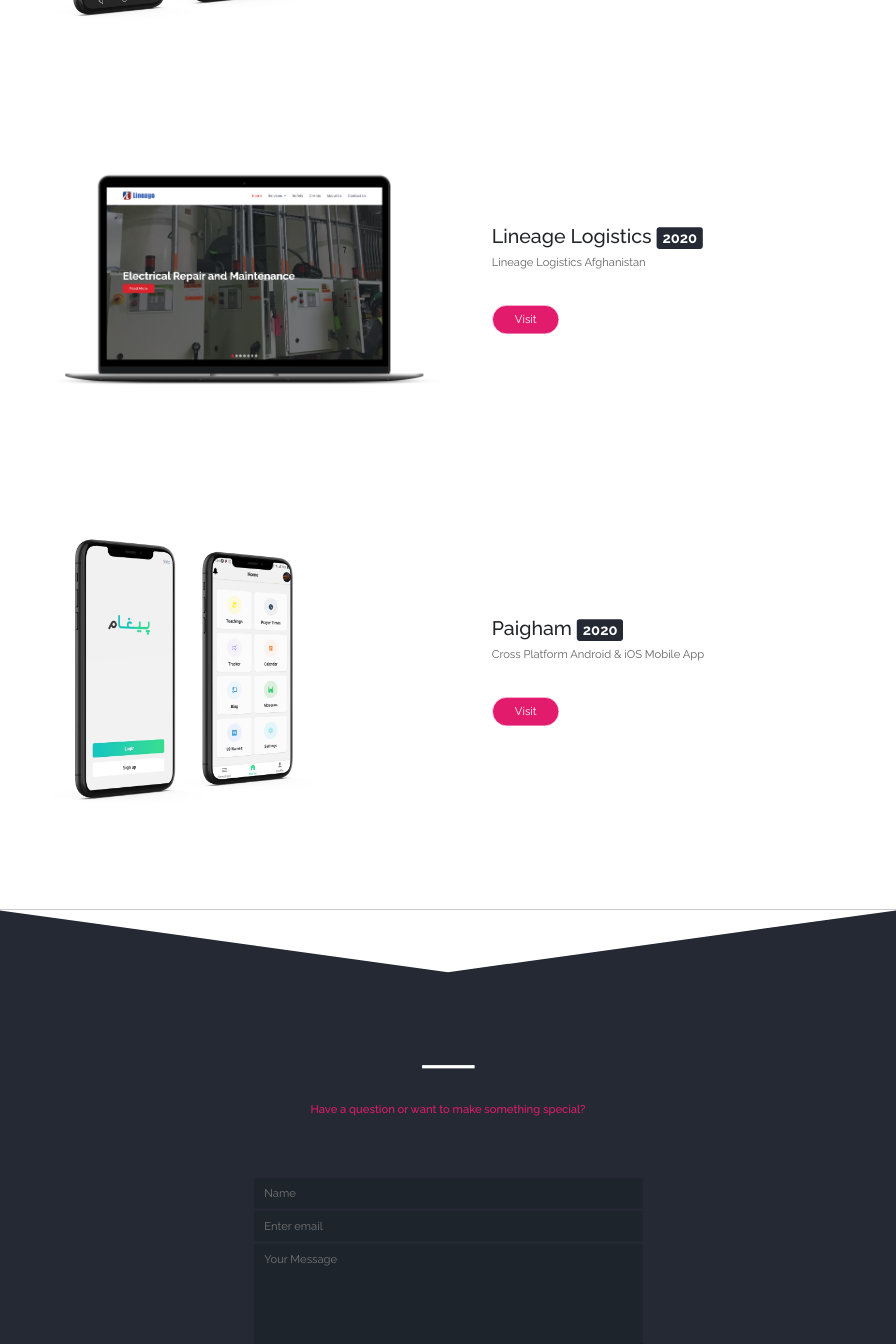
Repository: wasiqkhan/wasiqkhan.github.io
Page: index.html
The author's editor kept a copy of each file at every save. The page is drawn from the files as they stood at one save, then again after the next save.
The browser window is 1280 px wide. The pictures show the part of the page from y = 2661 to 4581 px (the page is 5082 px tall before and 5106 px after), at 70% of full size.
Some web fonts or font styles are not loaded; a fallback is used.

Above is the page before, as saved 2020-12-03 01:50:18.
Not found: js/all.js
Not found: js/app.js
Not found: js/particles.js

### index.html
<!DOCTYPE html>
<html lang="en">
  <!-- Start of Async Drift Code -->
<script>
  "use strict";!function(){var r=window.driftt=window.drift=window.driftt||[];if(!r.init){if(r.invoked)return window.console&&console.error&&console.error("Drift snippet included twice.");r.invoked=!0,r.methods=["identify","config","track","reset","debug","show","ping","page","hide","off","on"],r.factory=function(e){return function(){var t=Array.prototype.slice.call(arguments);return t.unshift(e),r.push(t),r}},r.methods.forEach(function(t){r[t]=r.factory(t)}),r.load=function(t){var e=3e5*Math.ceil(new Date/3e5),r=document.createElement("script");r.type="text/javascript",r.async=!0,r.crossorigin="anonymous",r.src="https://js.driftt.com/include/"+e+"/"+t+".js";var n=document.getElementsByTagName("script")[0];n.parentNode.insertBefore(r,n)}}}(),drift.SNIPPET_VERSION="0.3.1",drift.load("8faar6gaz2cs");
  </script>
  <!-- End of Async Drift Code -->
  <head>
    <meta charset="UTF-8" />
    <meta name="viewport" content="width=device-width, initial-scale=1.0" />
    <meta http-equiv="X-UA-Compatible" content="ie=edge" />
    <meta content="Wasiq Ahmadzai Web and Mobile App Developer" name="descriptison" />
    <meta content="MERN Reactjs ReactNative Nodejs JavaScript" name="keywords" />
    <meta property="og:title" content="Mohammad Wasiq | Portfolio" />
    <meta
      property="og:description"
      content="Web and Mobile App Developer"
    />
    <meta
      property="og:image"
      content="./img/link.PNG"
    />
    <meta property="og:url" content="https://wasiqkhan.github.io/" />
    <meta name="twitter:card" content="summary_large_image">
    <meta name="twitter:site" content="https://wasiqkhan.github.io/">
    <meta name="twitter:title" content="Mohammad Wasiq | Web & Mobile App Developer" />
    <meta name="twitter:description" content="Mohammad Wasiq is a Web and Mobile App Developer with experience in MERN Stack React Native"/>
    <meta name="twitter:creator" content="Mohammad Wasiq">

    <meta
      name="twitter:image"
      content="https://github.com/wasiqkhan/wasiqkhan.github.io/blob/master/img/link.PNG"
    />

    <link href="https://fonts.googleapis.com/css?family=Raleway:400,500,600,700,800&display=swap" rel="stylesheet">
    <link href="https://fonts.googleapis.com/icon?family=Material+Icons" rel="stylesheet">
    <link
    href="./css/materialdesignicons.min.css"
    media="all"
    rel="stylesheet"
  />
    <link type="text/css" rel="stylesheet" href="./css/style.css" />
    <link type="text/css" rel="stylesheet" href="./css/bootstrap.min.css" />

    <link type="text/css" rel="stylesheet" href="./css/lightbox.css" />
    <link rel="stylesheet" href="./css/line-awesome.css">


    <link rel="shortcut icon" href="./icon.png">

    <link
      type="text/css"
      rel="stylesheet"
      media="screen and (max-width:768px)"
      href="./css/mobile.css"
    />
    <link
      type="text/css"
      rel="stylesheet"
      media="screen and (min-width:769px) and (max-width:992px)"
      href="./css/widescreen.css"
    />
    <link
      type="text/css"
      rel="stylesheet"
      media="screen and (min-width:993px) and (max-width:1199px)"
      href="./css/ipadpro.css"
    />

    <title>Mohammad Wasiq | Web & Mobile Developler</title>
  </head>

  <body id="home" >
      <!-- <div id="particles-js">

      </div> -->
    <!-- Navbar -->
    <nav class="navigation">
      <button
        type="button"
        data-toggle="collapse"
        data-target="#myNav"
        class="navbar-toggler hamburger-menu"
      >
        <div class="line1"></div>
        <div class="line2"></div>
        <div class="line3"></div>
      </button>
      <div class="bg-cover"></div>
      <div class="collapse nav-content" id="myNav">
        <div class="container-fluid">
          <div class="row">
            <div class="col-10 max-auto">
              <ul class="navbar-nav flex-lg-row flex-column nav-justified">
                <li class="nav-item">
                  <a class="nav-link m-3 link-item" href="#home">Home</a>
                </li>
                <li class="nav-item">
                  <a class="nav-link m-3 link-item" href="#about">About</a>
                </li>
                <li class="nav-item">
                  <a class="nav-link m-3 link-item" href="#service">Services</a>

                </li>
                <li class="nav-item">
                    <a class="nav-link m-3 link-item" href="#portfolio">Portfolio</a>
                  </li>

                <li class="nav-item">
                  <a class="nav-link m-3 link-item" href="#contact">Contact</a>
                </li>
              </ul>
            </div>
          </div>
        </div>
      </div>
    </nav>

    <header id="showcase">



      <div class="showcase-content">
          <h1 class="heading"><span style="color: #E31B6D">Wasiq Ahmadzai</span>.<br>Web & Mobile App Developer.</h1>

          <a href="#about" class="btnn">Read more</a>
        </div>
    </header>

    <section id="about" class="primary about">
        <h2 class="text-center m-heading">About Me</h2>
        <div class="line"></div>
      <div class="container new">
        <div class="card cardnew">

          <img src="./img/dev.PNG" class="card-img-top cut" style="margin: auto">
          <div class="card-body">
              <img src="./img/5a159554b6a61a2ba5ccdb57.PNG" class="my-img" />
              <div class="card-title">
                <h3 class="text-center">Wasiq Ahmadzai</h3>
              </div>
              <div class="card-subtitle text-center">
                <p style="color:#E31B6D"></span> Freelance <span style="color: #616161">|</span> Kabul, AFG</p>
              </div>
              <div class="links">
                  <a href="http://www.facebook.com/ahmadzai.khan.54" target="_blank"><i class="fab fa-facebook fa-2x"></i></a>
                  <a href="https://github.com/wasiqkhan" target="_blank"><i class="fab fa-github fa-2x"></i></a>

                  <a href="https://www.linkedin.com/in/mohammad-wasiq-ahmadzai-5439371b0/" target="_blank"><i class="fab fa-linkedin fa-2x"></i></a>
                </div>
          </div>
        </div>
        <div class="items">



          <div>

          <p class="info-p lead">Hi, I am a Web and Mobile App Developer with experience in MERN Stack (MongoDB, Expressjs, Reactjs, Nodejs), React Native, Firebase, MySQL. I have serious passion for amazing & responsive mobile and web apps.</p>

        </div>
        <h4 style="text-align:left">Fun Facts</h4>


         <div class="service-items flex-wrap" style="padding: 0 0">
            <div class="item fun-facts" style="margin-right: 10px ;background: #252934">
              <div>
                <i class="fas fa-coffee fa-2x mb-3" style="color:#E31B6D"></i>
                <h6 class="text-center" style="color: white">100+ Cups of Coffee</h6>

              </div>
            </div>

            <div class="item fun-facts" style="margin-right: 10px ;background: #252934">
              <div>
                  <i class="fas fa-book fa-2x mb-3" style="color:#E31B6D"></i>
                <h6 class="text-center" style="color: white">10+ Books</h6>

              </div>

            </div>

            <div class="item fun-facts" style="margin-right: 10px ;background: #252934">
              <div>
                  <i class="fas fa-bicycle fa-2x mb-3" style="color:#E31B6D"></i>
                <h6 class="text-center" style="color: white">1200km Cycled</h6>

              </div>

            </div>
            <div class="item fun-facts" style="margin-right: 10px;background: #252934">
                <div>
                    <i class="fas fa-award fa-2x mb-3" style="color:#E31B6D"></i>
                  <h6 class="text-center" style="color: white">10 Awards Won</h6>

                </div>

              </div>

          </div>



<div>
          <a href="#contact" class="hire-me">Hire Me</a>
        </div>

      </div>


          </div>

    </section>
    <section id="service" class="primary service">
      <div class="container">
        <h2 class="text-center m-heading">Services</h2>
        <div class="line"></div>

        <div class="service-items rotate fun-facts">
          <div class="item">
            <div>
              <i class="fas fa-desktop fa-6x textt mb-3"></i>
              <h3 class="text-center">Web Development</h3>
              <p class="text-center">
                Fully responsive full stack website development
              </p>
            </div>
          </div>

          <div class="item">
            <div>
                <i class="fas fa-mobile-alt fa-6x textt textt2 mb-3"></i>
              <h3 class="text-center">Mobile Apps</h3>
              <p class="text-center">
                Fast and Professional app development using latest technologies
              </p>
            </div>

          </div>

          <div class="item">
            <div>
                <i class="fas fa-rocket fa-6x  textt mb-3"></i>
              <h3 class="text-center">Launch</h3>
              <p class="text-center">
                Deployment and Maintainance

              </p>
            </div>

          </div>
        </div>
      </div>
    </section>
    <section id="portfolio" class="portfolio">
      <div class="container">
        <h2 class="text-center m-heading">Portfolio</h2>
        <div class="line"></div>

        <div class="portfolio-items row align-items-center h-100 text-center text-lg-left" style="margin-top: 120px;">
          <div class="col-lg-6 p-lg-0">
            <img src="./img/walletapp.png" height="350" >

          </div>
          <div class="col-lg-5 mx-auto py-3">
            <h3 class="h3">My Wallet
              <span class="badge badge-sm">2017</span>
            </h3>
            <p class="mb-3" style="color: #616161;">An android app that keeps track of your money, daily transactions, and expenses
            </p>
            <a href="https://bit.ly/3iEEP3P" class="visit" target="_blank">Visit</a>

          </div>

        </div>

        <div class="portfolio-items row align-items-center h-100 text-center text-lg-left " style="margin-top: 220px;">
          <div class="col-lg-6 p-lg-0 mg-4">
            <img src="./img/lineageweb.png" height="300"  >

          </div>
          <div class="col-lg-5 mx-auto py-3">
            <h3 class="h3 bold">Lineage Logistics
              <span class="badge badge-sm">2020</span>
            </h3>
            <p class="mb-3" style="color: #616161;">
              Lineage Logistics Afghanistan
            </p>
            <a href="https://lineage.com.af/" class="visit" target="_blank">Visit</a>

          </div>

        </div>

        <div class="portfolio-items row align-items-center h-100 text-center text-lg-left" style="margin-top: 220px;">
          <div class="col-lg-6 p-lg-0">
            <img src="./img/paigham.png" height="380"  >

          </div>
          <div class="col-lg-5 mx-auto py-3">
            <h3 class="h3">Paigham
              <span class="badge badge-sm">2020</span>
            </h3>
            <p class="mb-3" style="color: #616161;">
              Cross Platform Android & iOS Mobile App
            </p>
            <a href="https://wasiqkhan.github.io/paigham.github.io/" class="visit" target="_blank">Visit</a>

          </div>

        </div>
      </div>
    </section>


    <section id="contact" class="contact">
      <svg preserveAspectRatio="none" viewBox="0 0 100 102" height="90" width="100%" version="1.1"
      xmlns="http://www.w3.org/2000/svg" class="svgcolor-light">

     <path d="M0 0 L50 100 L100 0 Z" fill="white" stroke="white"/>

    </svg>
      <div class="container-fluid">
        <h2 class="text-center m-heading" style="color: #fff">Contact</h2>
        <div class="line"></div>
        <div class="container">
          <h6 class="text-center py-5" style="color: #E31B6D">Have a question or want to make something special?</h6>


                <form
                class="waypoint"
                data-animation="pop-in"
                data-delay=".5s"
                id="contact-form"
              >
                <input placeholder="Name" type="text" name="name" required />
                <input
                  placeholder="Enter email"
                  type="email"
                  name="email"
                  required
                />
                <textarea
                  placeholder="Your Message"
                  type="text"
                  name="message"
                  required
                ></textarea>
                <div id="success">
                  <div>
                    Your message was sent successfully. Thanks!<span
                      id="close"
                      class="mdi mdi-close"
                    ></span>
                  </div>
                </div>
                <input class="button" type="submit" id="submit" value="SUBMIT" />
              </form>



        </div>
    </section>
    <footer id="footer">
      <div class="container">
        <div class="row">
          <div class="col text-center">
            <div class="mb-2">
              <a href="http://www.facebook.com/ahmadzai.khan.54" target="_blank" class="mx-sm-4 mx-2 social"
                ><i class="fab fa-facebook fa-2x"></i
              ></a>
              <a href="https://github.com/wasiqkhan" target="_blank" class="mx-sm-4 mx-2 social"
                ><i class="fab fa-github fa-2x"></i
              ></a>
              <a href="https://www.linkedin.com/in/mohammad-wasiq-ahmadzai-5439371b0/" target="_blank" class="mx-sm-4 mx-2 social"
                ><i class="fab fa-linkedin fa-2x"></i
              ></a>
             -->
            </div>

          </div>
        </div>
        <div class="container-fluid p-3">
            <div class="row">
              <div class="col mb-4">
                <ul class="nav justify-content-center footer-items">
                  <li class="nav-item">
                    <a href="#home" class="nav-link">Home</a>
                  </li>
                  <li class="nav-item">
                    <a href="#about" class="nav-link">About</a>
                  </li>
                  <li class="nav-item">
                    <a href="#service" class="nav-link">Services</a>
                  </li>
                  <li class="nav-item">
                      <a href="#portfolio" class="nav-link">Portfolio</a>
                    </li>

                  <li class="nav-item">
                    <a href="#contact" class="nav-link">Contact</a>
                  </li>

                </ul>
              </div>
            </div>
            <div class="row">
              <div class="col text-light text-center">
                <p>Wasiq Ahmadzai <span style="color: #E31B6D">&copy;2019</span></p>
              </div>
            </div>

      </div>
    </footer>
    <script src="./js/particles.js"></script>
    <script src="./js/app.js"></script>
    <script src="./js/jquery-3.4.1.min.js"></script>
    <script src="./js/popper.js"></script>
    <script src="./js/bootstrap.min.js"></script>
    <script src="./js/script.js"></script>
    <script src="./js/lightbox.js"></script>
    <script src="./js/all.js"></script>
  </body>
</html>

### css/mobile.css
@media (max-width: 500px) {
  #navbar {
    flex-direction: column;
    align-items: center;
  }
  .my-img {
    width: 40%;
    margin-left: 90px;
    margin-top: -100px;
  }
  .showcase-content h1 {
    font-size: 15pt;
  }
  #contact h6 {
    font-size: 9pt;
  }

  .info-p {
    margin-top: -150px;
  }

  .hire-me {
    margin-top: 40px;
  }
  .textt {
    margin-left: 70px;
  }
  .textt2 {
    margin-left: 95px;
  }
  .name {
    text-align: left;
    margin-top: 15px;
    margin-left: -30px;
  }
}

@media (min-width: 501px) and (max-width: 768px) {
  .my-img {
    margin-left: 240px;
  }
}

.info-p {
  margin-top: -100px;
}
.hire-me {
  margin-top: 30px;
}
.items {
  margin: 5rem 2rem;
  display: flex;
  flex-direction: column;
  align-items: center;
  justify-content: center;

  text-align: center;
  /* position: relative; */
  flex-wrap: wrap;
}

.items div {
  flex: 1;
}
.portfolio-items h3 {
  margin-top: 50px;
}

.portfolio-items img {
  width: 100%;
  height: auto;
  text-align: center;
  margin: auto;
}
#portfolio .portfolio-items .item {
  display: flex;
  text-align: left;
}
.service-items {
  display: block;
  padding: 1rem;
}
#service .service-items .item {
  display: flex;
  text-align: left;
}
.new {
  display: flex;
  flex-direction: column;
}

#navbar .l-heading {
  margin-bottom: 0.5rem;
  text-align: center;
}

#about .line,
#service .line,
#contact .line {
  width: 20%;
  background: #444649;
  height: 5px;
  margin: auto;
}

#contact .line {
  background: #fff;
}
#projects .line {
  width: 20%;
  background: #444649;
  height: 5px;
  margin-bottom: 50px;
  margin-top: -35px;
}
.contact-content {
  display: flex;
  flex-direction: column;
  justify-content: center;
  align-items: center;
  text-align: center;
  padding: 1rem;
}

.items p {
  text-align: justify;
}
section:nth-of-type(4) input[type="text"],
section:nth-of-type(4) input[type="email"],
section:nth-of-type(4) textarea {
  width: 100%;
}
section:nth-of-type(4) #success {
  width: 100%;
  margin: auto;
}

### css/widescreen.css
/* @media (min-width: 769px) and (max-width: 991px) { */
.new {
  display: flex;
  flex-direction: column;
}

.info-p {
  margin-top: -100px;
}
.hire-me {
  margin-top: 30px;
}
.items {
  margin: 5rem 2rem;
  display: flex;
  flex-direction: column;
  align-items: center;
  justify-content: center;

  text-align: center;
  /* position: relative; */
  flex-wrap: wrap;
}

.items div {
  flex: 1;
}
.my-img {
  margin-left: 240px;
}
/* } */

### css/ipadpro.css
.my-img {
  margin-left: 130px;
}

Loaded but not shown: css/materialdesignicons.min.css (library); css/bootstrap.min.css (library); css/lightbox.css (library); js/jquery-3.4.1.min.js (library); js/popper.js (library); js/bootstrap.min.js (library); js/lightbox.js (library); js/script.js (138 lines, source omitted); css/line-awesome.css (6582 lines, source omitted); css/style.css (537 lines, source omitted)

After the next save:
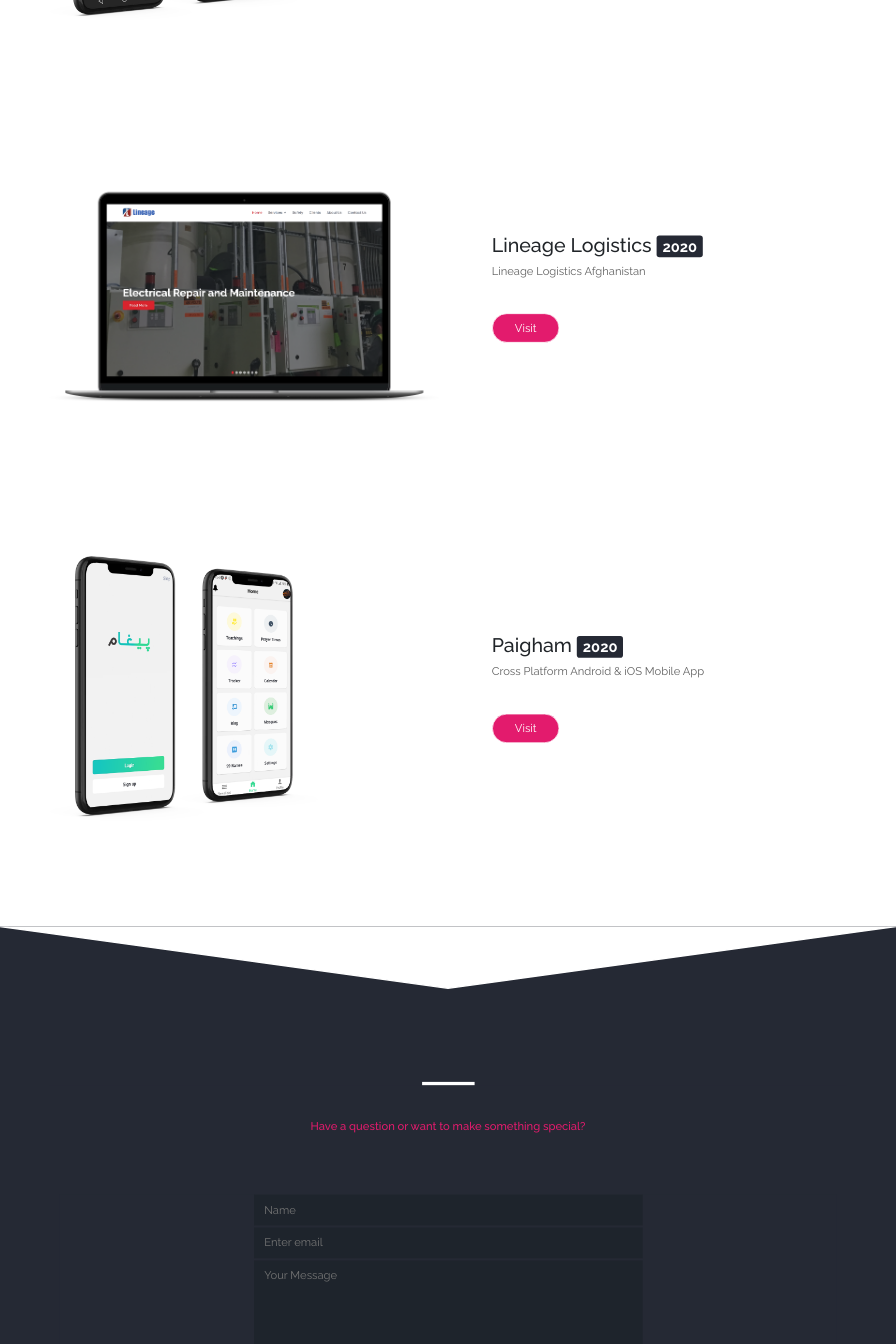
Saved 6 s later.
--- a/index.html
+++ b/index.html
@@ -275,7 +275,7 @@
         </div>
 
         <div class="portfolio-items row align-items-center h-100 text-center text-lg-left " style="margin-top: 220px;">
-          <div class="col-lg-6 p-lg-0 mg-4">
+          <div class="col-lg-6 p-lg-0 mt-4">
             <img src="./img/lineageweb.png" height="300"  >
 
           </div>

After the save that followed:
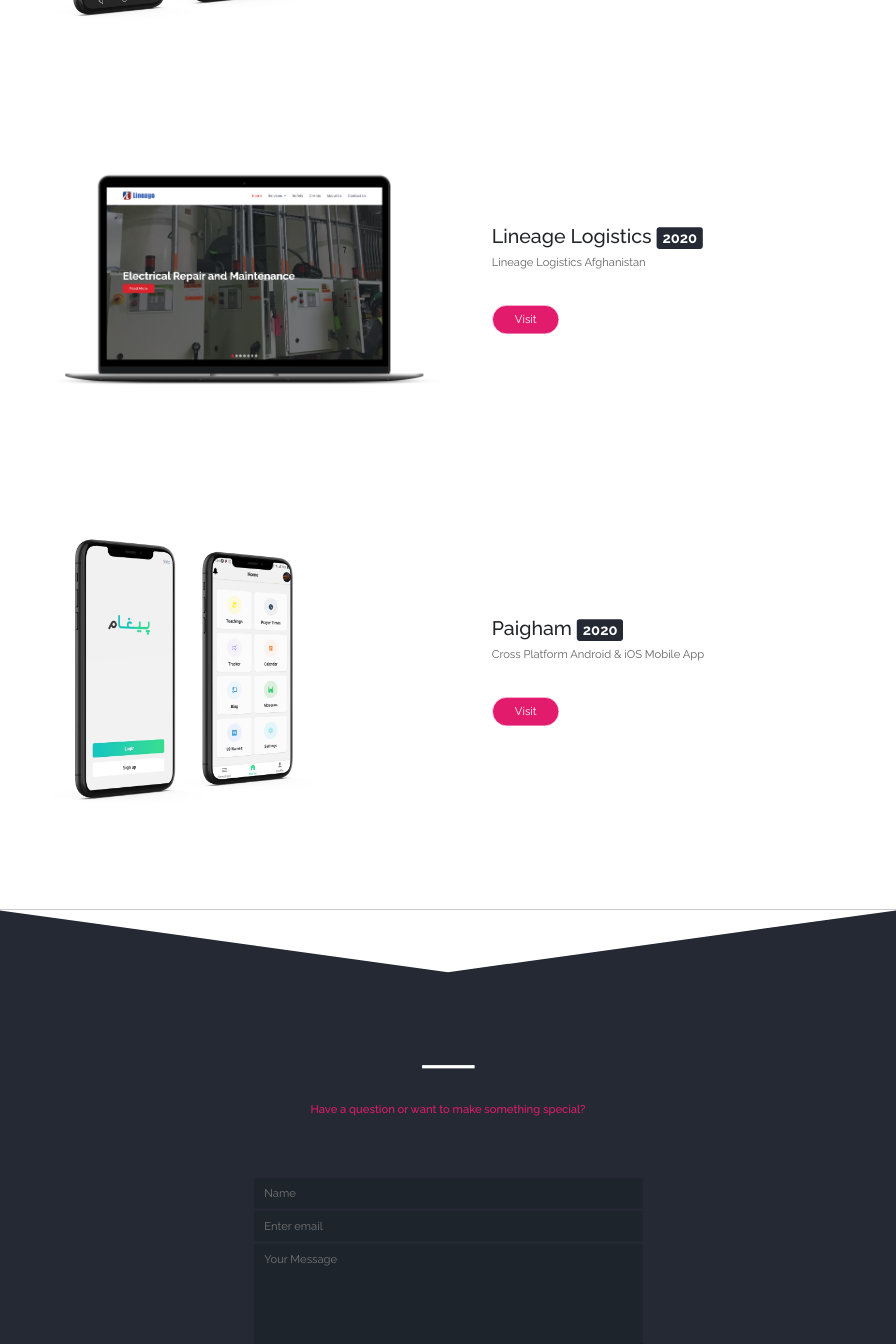
Saved 8 s later.
--- a/index.html
+++ b/index.html
@@ -275,7 +275,7 @@
         </div>
 
         <div class="portfolio-items row align-items-center h-100 text-center text-lg-left " style="margin-top: 220px;">
-          <div class="col-lg-6 p-lg-0 mt-4">
+          <div class="col-lg-6 p-lg-0 py-4">
             <img src="./img/lineageweb.png" height="300"  >
 
           </div>
